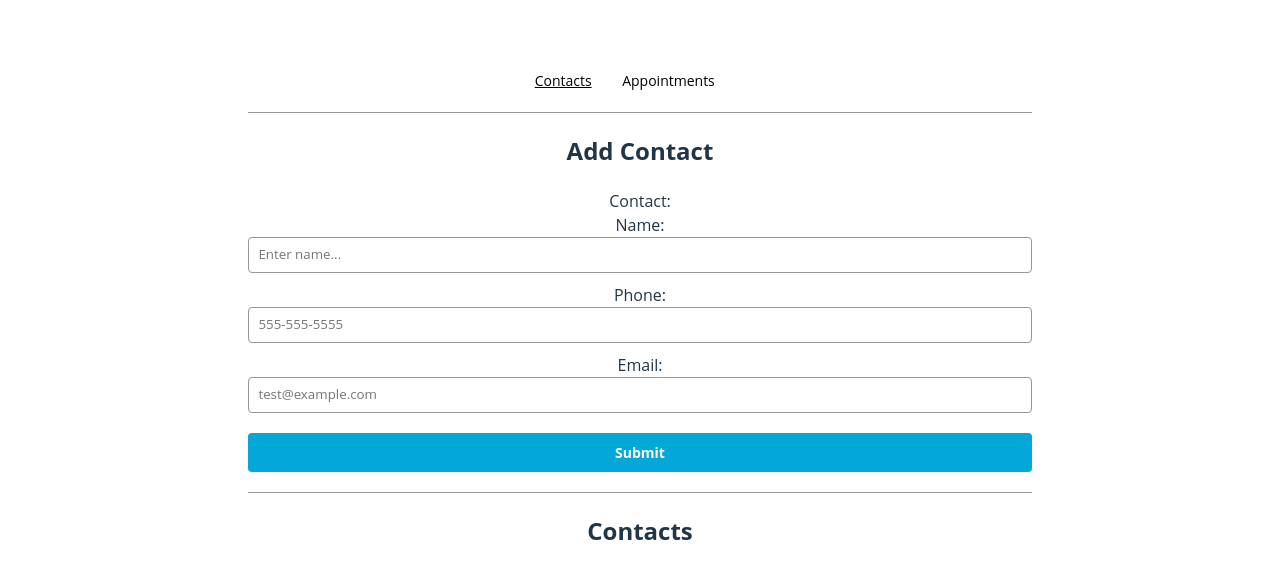
Repository: dnmyers/appointment-planner-v2.0
Page: /contacts
These files come from the project's save history. The page is drawn as it stood at one moment and after the next save; the edit follows.
The browser window is 1280 px wide. The pictures show the whole page.
The project was rebuilt for these pictures with package versions that can differ from the ones it lists, and the page was loaded fresh each time. Also part of the build but not shown: vite.config.js, src/components/contactPicker/ContactPicker.jsx, src/components/appointmentForm/AppointmentForm.jsx, src/containers/appointmentsPage/AppointmentsPage.jsx.

Above is the page before, as saved 2023-08-14 05:39:51.

### index.html
<!doctype html>
<html lang="en">
  <head>
    <meta charset="UTF-8" />
    <meta name="viewport" content="width=device-width, initial-scale=1.0" />
    <title>Appointments</title>
    <link rel="stylesheet" href="index.css" />
  </head>
  <body>
    <noscript>You need to enable JavaScript to run this app.</noscript>
    <div id="root"></div>
    <script type="module" src="/src/main.jsx"></script>
  </body>
</html>

### index.css
#root {
    padding: 30px;
    font-family: "Open Sans", sans-serif;
}

nav > a {
    font-style: normal;
    font-weight: normal;
    font-size: 14px;
    color: #000;
    margin-right: 30.5px;
    text-decoration-line: none;
}

nav > a.active {
    text-decoration-line: underline;
}

nav {
    padding-bottom: 20px;
    border-bottom: 1px solid #979797;
    margin-bottom: 20px;
}

h3 {
    font-weight: bold;
    font-size: 18px;
    color: #000;
    margin: 0;
    margin-bottom: 18px;
}

section {
}

hr {
    border: none;
    border-top: 1px solid #979797;
    margin: 20px 0;
}

input[type="submit"] {
    background: #03a8d8;
    border-radius: 4px;
    color: #fff;
    font-weight: bold;
    font-size: 14px;
    border: none;
    outline: none;
    padding: 10px 0;
    width: 100%;
    font-family: "Open Sans", sans-serif;
    margin-top: 10px;
    margin-bottom: 0px;
}

input[type="submit"] {
    cursor: pointer;
}

input,
select {
    font-family: "Open Sans", sans-serif;
    background: #fff;
    border: 1px solid #979797;
    border-radius: 4px;
    padding: 7px 9.5px 9px 9.5px;
    outline: none;
    width: 100%;
    margin-bottom: 10px;
    box-sizing: border-box;
}

.tile {
    margin: 0;
    font-size: 14px;
    margin-bottom: 4px;
}

.tile.tile-title {
    font-weight: bold;
}

.tile-container {
    margin-bottom: 20px;
}

### src/App.jsx
import { useState } from "react";
import {
    RouterProvider,
    createBrowserRouter,
    createRoutesFromElements,
    Route,
    Navigate,
    useRouteError
} from "react-router-dom";

import Root, { ROUTES } from "./components/root/Root";
import { AppointmentsPage } from "./containers/AppointmentsPage/AppointmentsPage";
import { ContactsPage } from "./containers/contactsPage/ContactsPage";

import "./App.css";

function App() {
    // Define state variables for contacts and appointments
    const [contacts, setContacts] = useState([
        {
            name: 'Sample Contact',
            description: {
                phone: '555-555-5555',
                email: 'sample@example.com'
            }
        },
    ]);
    console.log("🚀 ~ file: App.jsx:26 ~ App ~ contacts:", contacts)

    const [appointments, setAppointments] = useState([
        {
            name: 'Sample Appointment',
            description: {
                contact: 'Sample Contact',
                date: '08/12/2023',
                time: '11:59 PM'
            }
        },
    ]);
    console.log("🚀 ~ file: App.jsx:34 ~ App ~ appointments:", appointments)

    // Implement functions to add data to contacts and appointments
    const addContact = ({ name, phone, email }) => {
        const contact = {
            name,
            description: {
                phone,
                email,
            }
        };
        console.log("🚀 ~ file: App.jsx:45 ~ addContact ~ contact:", contact)

        setContacts(prevContacts => [...prevContacts, contact]);
    };

    const addAppointment = ({ name, contact, date, time }) => {
        const appointment = {
            name,
            description: {
                contact,
                date,
                time,
            }
        };
        console.log("🚀 ~ file: App.jsx:57 ~ addAppointment ~ appointment:", appointment)

        setAppointments(appointments => [...appointments, appointment]);
    };

	const router = createBrowserRouter(createRoutesFromElements(
		<Route path='/' element={<Root />} errorElement={<ErrorBoundary />}>
			<Route index element={<Navigate to={ROUTES.CONTACTS} replace />} />
			<Route path={ROUTES.CONTACTS} element={     // CONTACTS
				<ContactsPage                           // ContactsPage
					contacts={contacts}                 // Contacts
					addContact={addContact}             // Add contact
				/>
			} />
			<Route path={ROUTES.APPOINTMENTS} element={ // APPOINTMENTS
				<AppointmentsPage                       // AppointmentsPage
					appointments={appointments}         // Appointments
					contacts={contacts}                 // Contacts
					addAppointment={addAppointment}     // Add appointment
				/>
			} />
		</Route>
	));

    function ErrorBoundary() {
        let error = useRouteError();

        console.error(error);
        return (
            <>
                <div>Dang!</div>
                <div>An unexpected error happened.  Please try again.</div>
            </>
        )
    }

	return (
		<RouterProvider router={router} />
	);
}

export default App;

### src/components/root/Root.jsx
import { Outlet, NavLink } from 'react-router-dom';

export const ROUTES = {
    CONTACTS: "/contacts",
    APPOINTMENTS: "/appointments",
};

function Root() {
    return (
        <>
            <nav>
                <NavLink to={ROUTES.CONTACTS}>
                    Contacts
                </NavLink>
                <NavLink to={ROUTES.APPOINTMENTS}>
                    Appointments
                </NavLink>
            </nav>
            <Outlet />
        </>
    );
}

export default Root;

### src/containers/contactsPage/ContactsPage.jsx
import { useState, useEffect } from 'react';
import PropTypes from 'prop-types';

import { ContactForm } from '../../components/contactForm/ContactForm';
import { TileList } from '../../components/tileList/TileList';

export const ContactsPage = ({ contacts, addContact }) => {
    console.log("🚀 ~ file: ContactsPage.jsx:8 ~ ContactsPage ~ addContact:", addContact)
    console.log("🚀 ~ file: ContactsPage.jsx:8 ~ ContactsPage ~ contacts:", contacts)
    // Define state variables for contact info and duplicate check
    const [currentName, setCurrentName] = useState('');
    const [phone, setPhone] = useState('');
    const [email, setEmail] = useState('');
    const [duplicateName, setDuplicateName] = useState(false);

    // Check for contact name in the contacts array
    // variable in props
    useEffect(() => {
        if(contacts.indexOf(currentName) !== -1) {
            console.log("🚀 ~ file: ContactsPage.jsx:22 ~ useEffect ~ contacts:", contacts)
            alert(`Contact ${currentName} already exists`);
            setDuplicateName(true);
        }

        console.log("🚀 ~ file: ContactsPage.jsx:27 ~ ContactsPage ~ contacts:", contacts)
        console.log("🚀 ~ file: ContactsPage.jsx:40 ~ ContactsPage ~ currentName:", currentName)
    }, [currentName, contacts]);


    const handleSubmit = (e) => {
        console.log("ContactPage - handleSubmit called.  duplicateName: ", duplicateName);
        e.preventDefault();

        // Add contact info and clear data if the contact
        // name is not a duplicate
        if(!duplicateName) {
            console.log("🚀 ~ file: ContactsPage.jsx:32 ~ handleSubmit ~ duplicateName:", duplicateName)

            addContact({
                name: currentName,
                description: {
                    phone: phone,
                    email: email,
                },
            });

            /* Empty form fields */
            setCurrentName('');
            setPhone('');
            setEmail('');
        } else {
            alert("Duplicate contact.  Please enter a different name.");

            /* Empty form fields */
            setCurrentName('');
            setPhone('');
            setEmail('');
        }
    };

    return (
        <div>
            <section>
                <h2>Add Contact</h2>
                <ContactForm
                    name={currentName}
                    setName={setCurrentName}
                    phone={phone}
                    setPhone={setPhone}
                    email={email}
                    setEmail={setEmail}
                    handleSubmit={handleSubmit}
                />
            </section>
            <hr />
            <section>
                <h2>Contacts</h2>
                <TileList contacts={contacts} />
            </section>
        </div>
    );
};

ContactsPage.propTypes = {
    contacts: PropTypes.arrayOf(PropTypes.object),
    addContact: PropTypes.func,
};

### src/components/tileList/TileList.jsx
/* eslint-disable react/prop-types */
import { Tile } from '../tile/Tile';

import './TileList.css';

export const TileList = ({ contacts }) => {
    console.log("TileList - data: " + JSON.stringify(contacts));

    return (
        <div className="tile-list">
            <div>Contacts:</div>
            {
                contacts &&
                    contacts.map((object, index) => {
                        const { name, description } = object;
                        console.log("🚀 ~ file: TileList.jsx:13 ~ data.map ~ object:", object);
                        console.log("🚀 ~ file: TileList.jsx:13 ~ data.map ~ description:", description);
                        console.log("🚀 ~ file: TileList.jsx:13 ~ data.map ~ name:", name);

                        return (
                            <Tile
                                key={index}
                                name={name}
                                description={description}
                            />
                        );
                    })

            }
        </div>
    );
};

export default TileList;

### src/components/contactForm/ContactForm.jsx
import PropTypes from 'prop-types';

import './ContactForm.css';

export const ContactForm = ({
    name,
    setName,
    phone,
    setPhone,
    email,
    setEmail,
    handleSubmit
}) => {
    console.log("ContactForm - name: " + name + ", phone: " +  phone + ", email: " + email);
    return (
        <>
            <div>Contact:</div>
            <form onSubmit={handleSubmit}>
                <label htmlFor="name">Name:
                    <input
                        type="text"
                        name="name"
                        id="name"
                        value={name}
                        placeholder='Enter name...'
                        onChange={e => setName(e.target.value)}
                    />
                </label>
                <label htmlFor="phone">Phone:
                    <input
                        type="tel"
                        name="phone"
                        id="phone"
                        value={phone}
                        placeholder='555-555-5555'
                        pattern="[1-9][0-9]{2}-[1-9][0-9]{2}-[0-9]{4}"
                        onChange={e => setPhone(e.target.value)}
                    />
                </label>
                <label htmlFor="email">Email:
                    <input
                        type="email"
                        name="email"
                        id="email"
                        value={email}
                        placeholder='test@example.com'
                        onChange={e => setEmail(e.target.value)}
                    />
                </label>
                <input type="submit" name="submit" id="submit" />
            </form>
        </>
    );
};

ContactForm.propTypes = {
    name: PropTypes.string,
    setName: PropTypes.func,
    phone: PropTypes.string,
    setPhone: PropTypes.func,
    email: PropTypes.string,
    setEmail: PropTypes.func,
    handleSubmit: PropTypes.func,
};

### src/components/tile/Tile.jsx
import PropTypes from 'prop-types';

export const Tile = ({ name, ...description }) => {
    const desc = Object.values(description);

    return (
        <div className="tile-container">
            <p className="tile-title">{name}</p>
            {/* {
                desc.map((description, i) => (
                    <p className="tile" key={i}>{description}</p>
                ))
            } */}
        </div>
    )
}

Tile.propTypes = {
    name: PropTypes.string,
    description: PropTypes.object
}

### src/components/tileList/TileList.css
.tile-list {
    color: white;
}

### src/components/contactForm/ContactForm.css
input {
    color: black;
}

Loaded but not shown: src/main.jsx (common file); src/index.css (common file); src/App.css (common file)

After the next save:
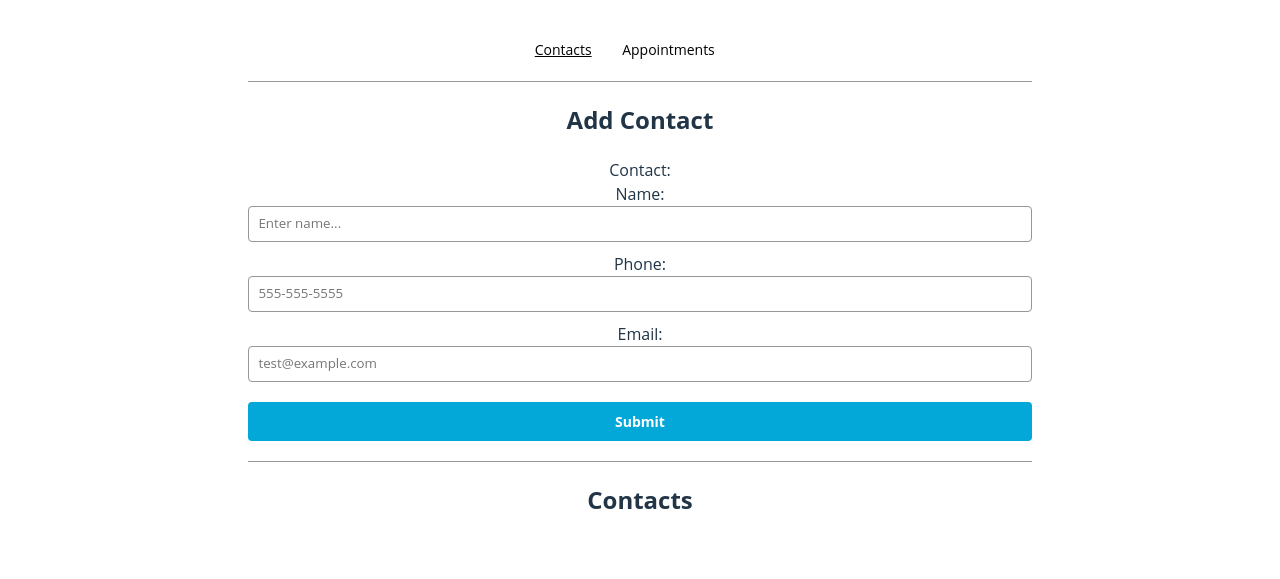
Saved 38 s later.
--- a/src/components/tile/Tile.jsx
+++ b/src/components/tile/Tile.jsx
@@ -1,16 +1,16 @@
 import PropTypes from 'prop-types';
 
-export const Tile = ({ name, ...description }) => {
+export const Tile = ({ name, description }) => {
     const desc = Object.values(description);
 
     return (
         <div className="tile-container">
             <p className="tile-title">{name}</p>
-            {/* {
+            {
                 desc.map((description, i) => (
                     <p className="tile" key={i}>{description}</p>
                 ))
-            } */}
+            }
         </div>
     )
 }
